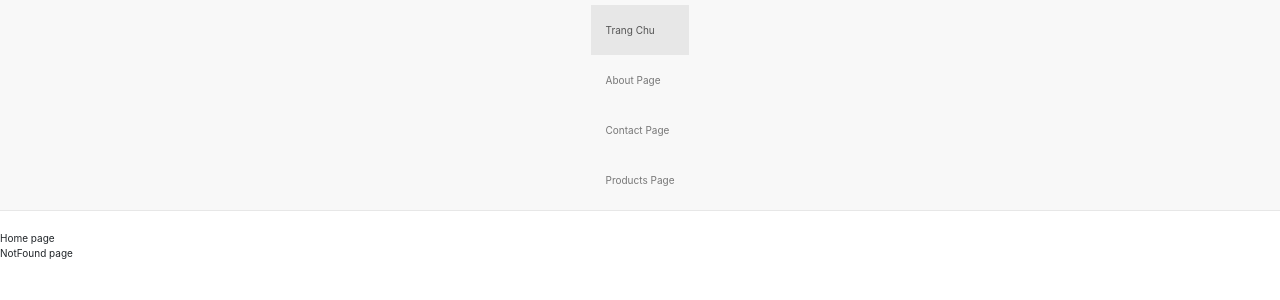
Repository: hntvip/react-route
Page: /
The author's editor kept a copy of each file at every save. The page is drawn from the files as they stood at one save, then again after the next save.
The browser window is 1280 px wide. The pictures show the whole page.
The project was rebuilt for these pictures with package versions that can differ from the ones it lists, and the page was loaded fresh each time. Also part of the build but not shown: src/components/About.js, src/components/Contact.js, src/components/Products.js.

Above is the page before, as saved 2019-11-28 15:01:26.

After the next save:
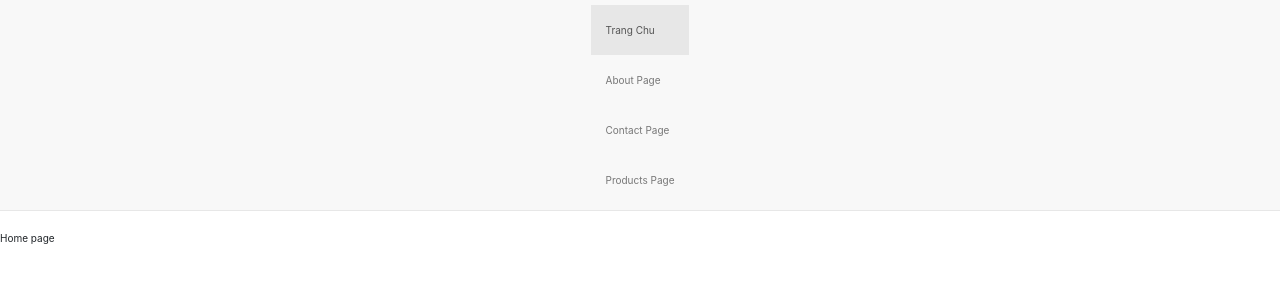
Saved 43 s later.
--- a/src/routes.js
+++ b/src/routes.js
@@ -33,7 +33,7 @@
     // url: "/products"
   },
   {
-    path:'*',
+    path:'/abc',
     exact: false,
     main: () => <NotFound />
   }

After the 4 saves that followed:
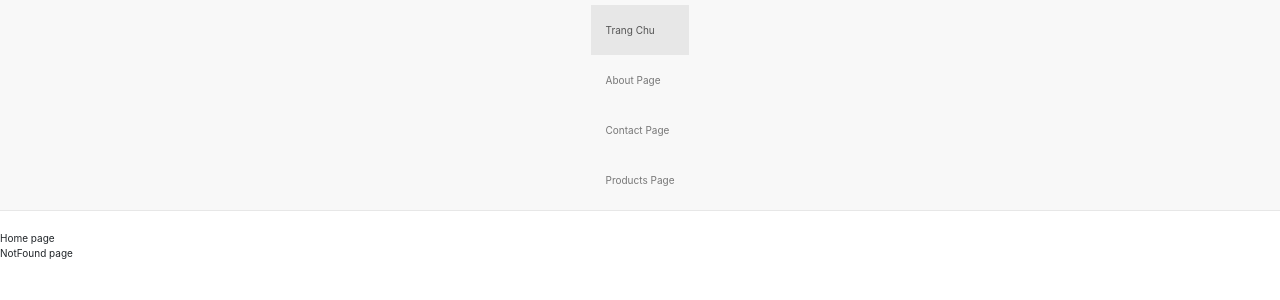
The 4 saves are shown as one change because 2 left the picture as it was and some came seconds apart.
The last was saved 74 s later.
--- a/src/routes.js
+++ b/src/routes.js
@@ -9,7 +9,7 @@
 const routes = [
   {
     path:'',
-    exact: true,
+    exact: 'true',
     main: () => <Home />
   },
   {
@@ -26,14 +26,9 @@
     path:'/products',
     exact: false,
     main: ({match}) => <Products match={match}/>
-    // match object has:
-    // isExact: true
-    // params:
-    // path: "/products"
-    // url: "/products"
   },
   {
-    path:'/abc',
+    path:'',
     exact: false,
     main: () => <NotFound />
   }
